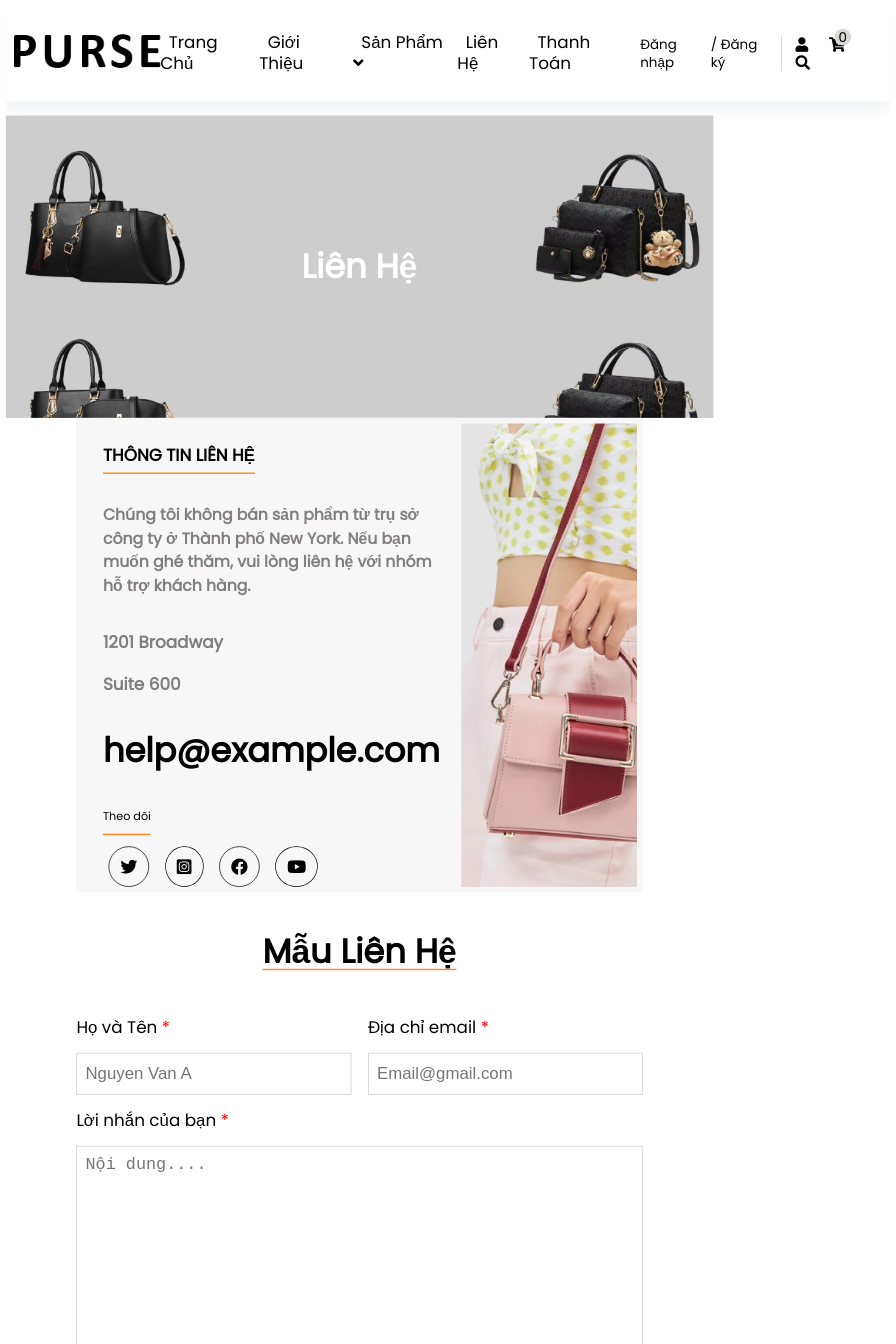
Repository: minh352623/project_firebase
Page: contact.html
An editor plug-in stored every save of this project. The page is shown before and after the next save, followed by the edit.
The browser window is 1280 px wide. The pictures show the part of the page from y = 0 to 1920 px (the page is 2910 px tall before and 2880 px after), at 70% of full size.
Some web libraries are served in a nearby version.

Above is the page before, as saved 2022-05-12 20:15:43.

After the next save:
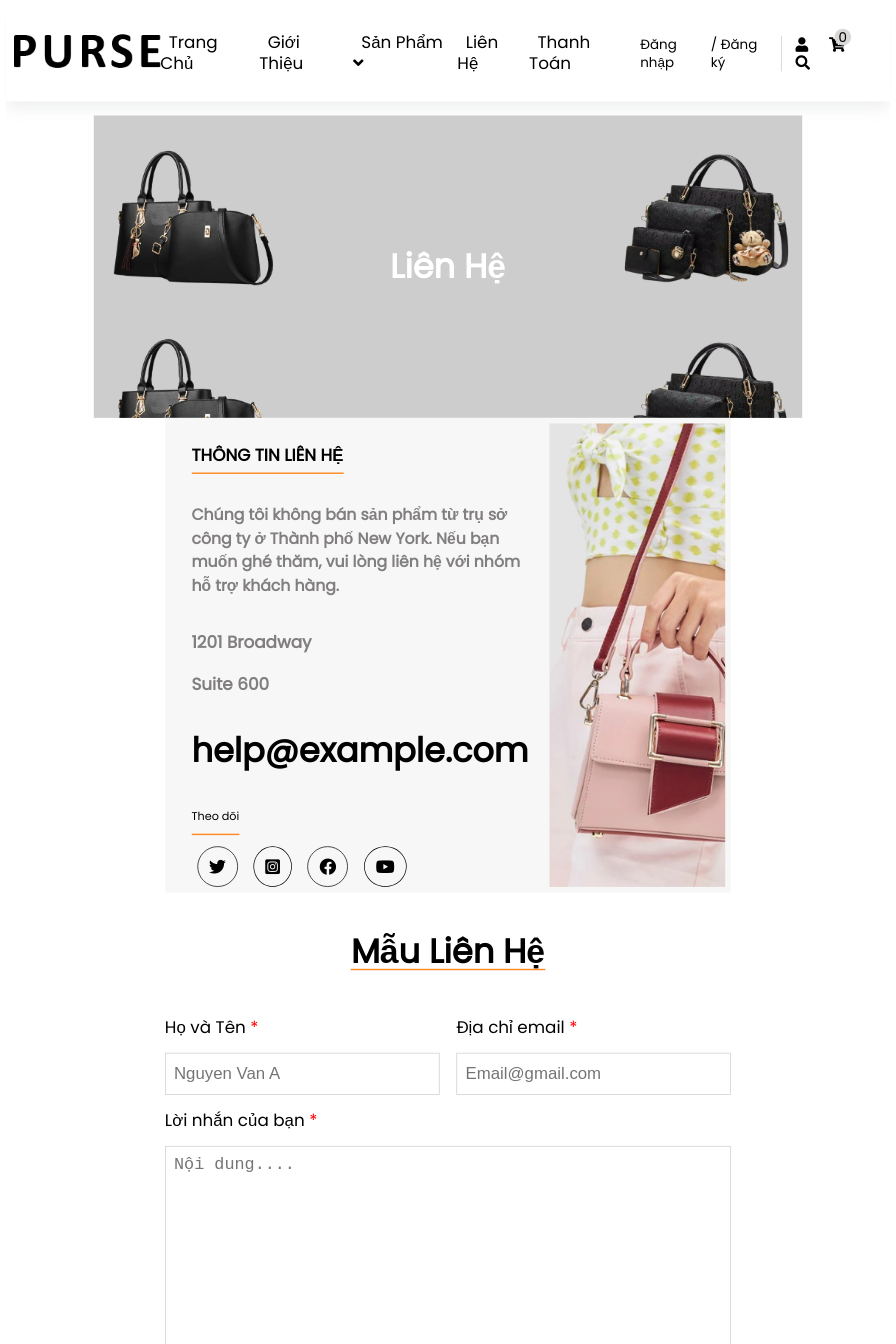
Saved 13 s later.
--- a/assets/css/main.css
+++ b/assets/css/main.css
@@ -122,7 +122,7 @@
 }
 /* main */
 .main{
-    margin: 20px 0 50px;
+    margin: 20px auto;
     width: 80%;
 }
 .main-banner{
